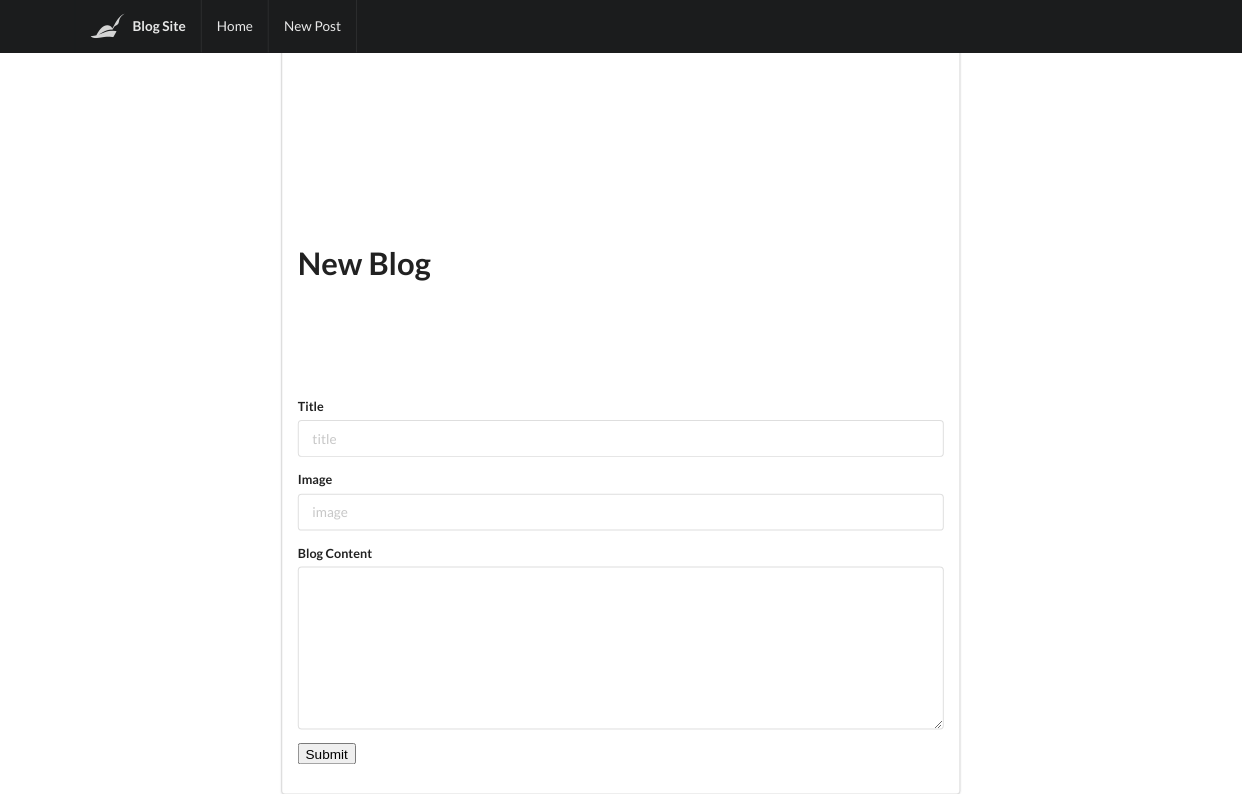
Repository: zella0/BlogApp
Page: http://localhost/blogs/new
The author's editor kept a record of every edit. The page is drawn from the files as they stood at one moment, then again after the next edit.
The browser window is 1280 px wide. The pictures show the whole page, at 97% of full size.
Some web libraries are served in a nearby version. The page is served by the project's Node server (RESTful_Routing/BlogApp/app.js).

Above is the page before.

### RESTful_Routing/BlogApp/views/new.ejs
<% include ./partials/header.ejs %>

<div class="ui main text container segment">
  <div class="ui huge header">New Blog</div>
  <form class = 'ui form' action = '/blogs' method = 'POST'>
    <div class = 'field'>
      <label>Title</label>
      <input type = 'text' name = 'blog[title]' placeholder='title'>
    </div>

     <div class = 'field'>
      <label>Image</label>
      <input type = 'text' name = 'blog[image]' placeholder='image'>
    </div>

     <div class = 'field'>
      <label>Blog Content</label>
      <textarea name = 'blog[text content]'></textarea>
    </div>

    <input type = 'submit'>
  </form>
</div>

<% include ./partials/footer.ejs %>

### RESTful_Routing/BlogApp/views/partials/header.ejs
<html>
    <head>
        <link href="https://cdnjs.cloudflare.com/ajax/libs/semantic-ui/2.2.13/semantic.min.css" rel="stylesheet" type="text/css">
        <link href="/stylesheets/style.css" rel="stylesheet" type="text/css">
        <title>Blog App</title>
    </head>
    <body>
        <div class = 'ui fixed inverted menu'>
            <div class = 'ui container'>
                <div class = 'header item'><i class = "Pied Piper icon"></i>Blog Site</div>
                <a class = 'item' href = '/'>Home</a>
                <a class = 'item' href = '/blogs/new'>New Post</a>
            </div>
        </div>

### RESTful_Routing/BlogApp/app.js
var express          = require('express');
var app              = express();
var bodyParser       = require('body-parser');
var mongoose         = require('mongoose');
var methodOverride   = require('method-override')
var expressSanitizer = require('express-sanitizer');

// APP CONFIG
mongoose.connect('mongodb://localhost/restful_blog_app', {useMongoClient: true});
app.use(express.static('public'));
app.use(bodyParser.urlencoded({extended: true}));
app.use(methodOverride('_method'));

// MONGOOSE/MODEL CONFIG
var blogSchema = new mongoose.Schema({
    title: String,
    image: String,
    body: String,
    created: {type:Date, default: Date.now}
});

var Blog = mongoose.model("Blog", blogSchema);


app.get('/', function(req, res){
    res.redirect('/blogs');
});

// INDEX ROUTE
app.get('/blogs', function(req, res){
    Blog.find(function(err, blogs){
        if(err){
            console.log(err);
            console.log("Error");
        } else {
            res.render('index.ejs', {blogs});
        }
    })
});

// NEW ROUTE
app.get('/blogs/new', function(req, res){
    res.render('new.ejs');
});

///CREATE ROUTE
app.post('/blogs', function(req, res){
    Blog.create(req.body.blog, function(err, newBlog){
        if(err){
            console.log(err);
        } else {
            res.redirect('/blogs');
        }
    })
});

app.get('/blogs/:id', function(req, res){
    Blog.findById(req.params.id, function(err, foundBlog){
        if(err){
            res.redirect('/blogs');
        } else {
            res.render('show.ejs', {foundBlog});
        }
    })
});

// EDIT ROUTE
app.get('/blogs/:id/edit', function (req, res){
    Blog.findById(req.params.id, function(err, editedBlog){
        if(err){
            res.redirect('/blogs');
        } else {
            res.render('edit.ejs', {editedBlog});
        }
    })
})

// UPDATE ROUTE  findByIAndUpdate(id, newdata, callback)
app.put('/blogs/:id', function (req, res){
    Blog.findByIdAndUpdate(req.params.id, req.body.blog, function(err, updatedBlog){
        if(err){
            res.redirect('/blogs');
        } else {
            res.redirect('/blogs/' + req.params.id);
        }
    })
})

// DELETE ROUTE
app.delete('/blogs/:id', function(req, res){
    Blog.findByIdAndRemove(req.params.id, function(err){
        if(err){
            res.redirect('blogs');
        } else {
            res.redirect('blogs');
        }
    })
})

app.listen(3000, function(){
    console.log("Server up!");
});

### RESTful_Routing/BlogApp/public/stylesheets/style.css
i.icon {
   font-size: 2em;
}

.container .ui {
    margin-top:20px;
    padding-top: 7em;
}

Loaded but not shown: RESTful_Routing/BlogApp/views/partials/footer.ejs (common file)

After the next edit:
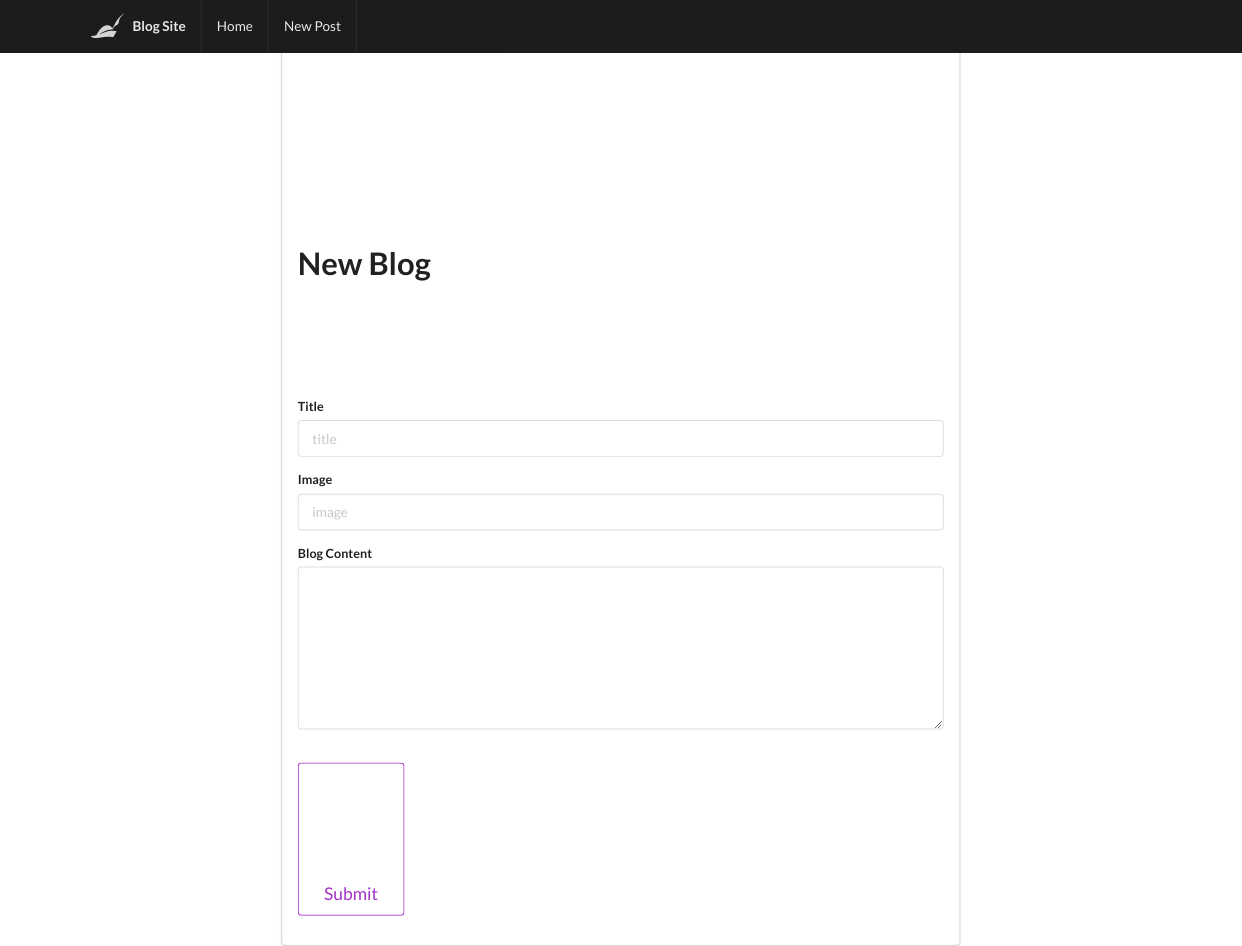
The edit:
--- a/RESTful_Routing/BlogApp/views/new.ejs
+++ b/RESTful_Routing/BlogApp/views/new.ejs
@@ -17,8 +17,7 @@
       <label>Blog Content</label>
       <textarea name = 'blog[text content]'></textarea>
     </div>
-
-    <input type = 'submit'>
+    <input class="ui purple basic big button" type ='submit'>
   </form>
 </div>
 
